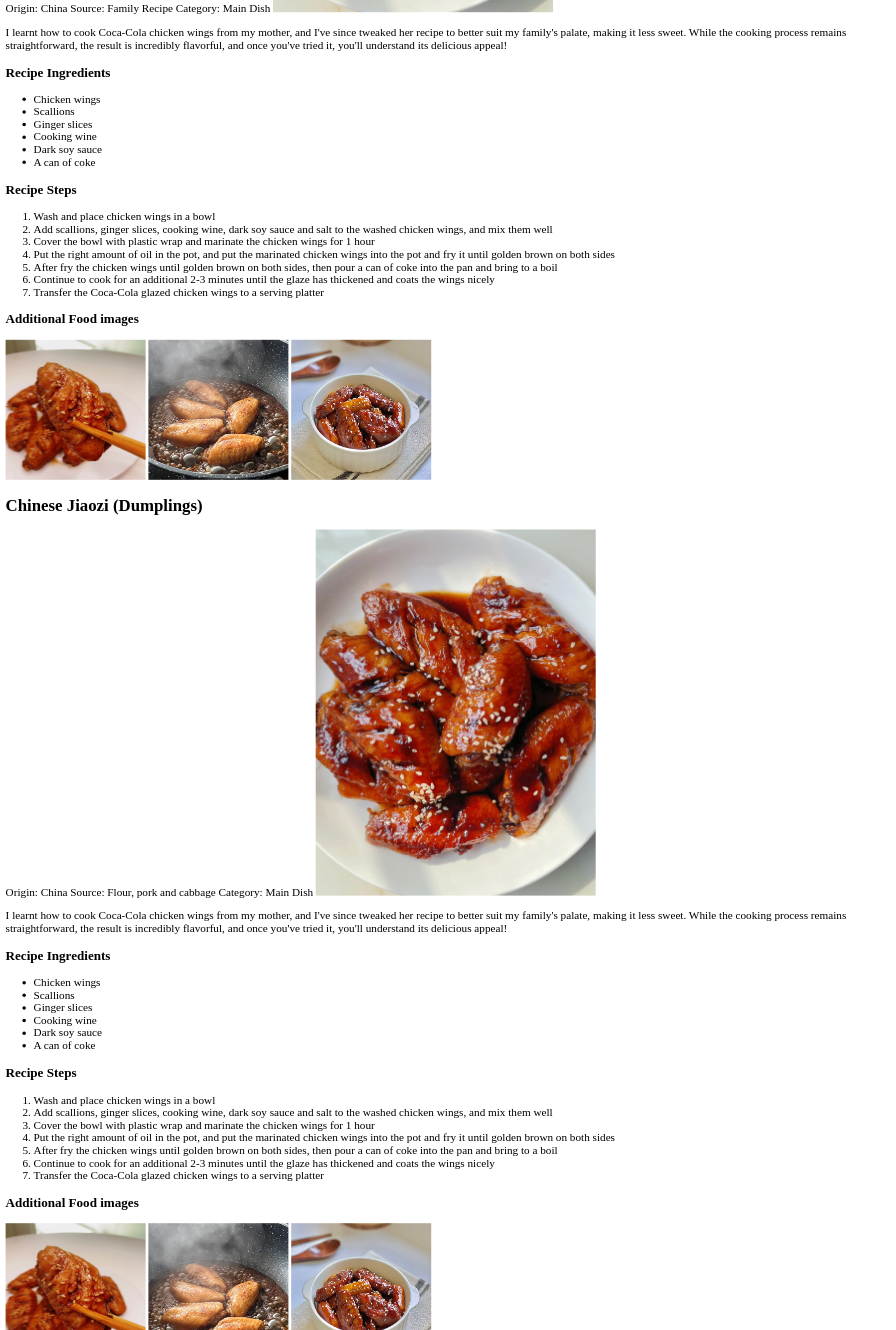
Repository: lulyany/starter_html
Page: recipes.html
The author's editor kept a copy of each file at every save. The page is drawn from the files as they stood at one save, then again after the next save.
The browser window is 1280 px wide. The pictures show the part of the page from y = 668 to 2568 px (the page is 3731 px tall before and 3679 px after), at 70% of full size.
A picture or video elsewhere on the page could not be fetched, so the positions and the page height are approximate.

Above is the page before, as saved 2023-09-16 00:51:46.

### recipes.html
<!DOCTYPE html>
<html lang="en">
<head>
    <meta charset="UTF-8">
    <meta name="viewport" content="width=device-width, initial-scale=1.0">
    <title>Recipes</title>
</head>
<body>
    <header>
        <a href="">Skip to Main Content</a>
        <nav>
            <ul>
                <li>
                    <a href="index.html">Pets</a>
                </li>
                <li>
                    <a href="travel.html">Travel</a>
                </li>
                <li>
                    <a href="recipes.html">Recipes</a>
                </li>
            </ul>
        </nav>
        </header>

    <main>
        <div>
            <h2>Coca-Cola Chicken Wings</h2>
            <span>Origin: China</span>
            <span>Source: Family Recipe</span>
            <span>Category: Main Dish</span>

            <img src="images/coca_cola_chicken_wings.jpg" width = "400" alt="Chicken wings.">
            <p>I learnt how to cook Coca-Cola chicken wings from my mother, and I've since tweaked her recipe to better suit my family's palate, making it less sweet. While the cooking process remains straightforward, the result is incredibly flavorful, and once you've tried it, you'll understand its delicious appeal!</p>
            <h3>Recipe Ingredients</h3>
            <ul>
                <li>Chicken wings</li>
                <li>Scallions</li>
                <li>Ginger slices</li>
                <li>Cooking wine</li>
                <li>Dark soy sauce</li>
                <li>A can of coke</li>
            </ul>

            <h3>Recipe Steps</h3>
            <ol>
                <li>Wash and place chicken wings in a bowl</li>
                <li>Add scallions, ginger slices, cooking wine, dark soy sauce and salt to the washed chicken wings, and mix them well</li>
                <li>Cover the bowl with plastic wrap and marinate the chicken wings for 1 hour</li>
                <li>Put the right amount of oil in the pot, and put the marinated chicken wings into the pot and fry it until golden brown on both sides</li>
                <li>After fry the chicken wings until golden brown on both sides, then pour a can of coke into the pan and bring to a boil</li>
                <li>Continue to cook for an additional 2-3 minutes until the glaze has thickened and coats the wings nicely</li>
                <li>Transfer the Coca-Cola glazed chicken wings to a serving platter</li>
            </ol>

            <h3>Additional Food images</h3>
            <img src="images/chicken_wings_chopsticks.jpg" width = "200" height="200" alt="A chicken wing picked up by chopsticks">
            <img src="images/boils_in_coke.jpg" width = "200" height="200" alt="Chicken wings boiled in coke">
            <img src="images/chicken-wings_and_rice_cake.jpg" width = "200" height="200" alt="Coca-cola chicken wings served with rice cake">

        </div>

        <div>
            <h2>Chinese Jiaozi (Dumplings)</h2>
            <span>Origin: China</span>
            <span>Source: Flour, pork and cabbage</span>
            <span>Category: Main Dish</span>

            <img src="images/coca_cola_chicken_wings.jpg" width = "400" alt="Some dumplings.">
            <p>I learnt how to cook Coca-Cola chicken wings from my mother, and I've since tweaked her recipe to better suit my family's palate, making it less sweet. While the cooking process remains straightforward, the result is incredibly flavorful, and once you've tried it, you'll understand its delicious appeal!</p>
            <h3>Recipe Ingredients</h3>
            <ul>
                <li>Chicken wings</li>
                <li>Scallions</li>
                <li>Ginger slices</li>
                <li>Cooking wine</li>
                <li>Dark soy sauce</li>
                <li>A can of coke</li>
            </ul>

            <h3>Recipe Steps</h3>
            <ol>
                <li>Wash and place chicken wings in a bowl</li>
                <li>Add scallions, ginger slices, cooking wine, dark soy sauce and salt to the washed chicken wings, and mix them well</li>
                <li>Cover the bowl with plastic wrap and marinate the chicken wings for 1 hour</li>
                <li>Put the right amount of oil in the pot, and put the marinated chicken wings into the pot and fry it until golden brown on both sides</li>
                <li>After fry the chicken wings until golden brown on both sides, then pour a can of coke into the pan and bring to a boil</li>
                <li>Continue to cook for an additional 2-3 minutes until the glaze has thickened and coats the wings nicely</li>
                <li>Transfer the Coca-Cola glazed chicken wings to a serving platter</li>
            </ol>

            <h3>Additional Food images</h3>
            <img src="images/chicken_wings_chopsticks.jpg" width = "200" height="200" alt="A chicken wing picked up by chopsticks">
            <img src="images/boils_in_coke.jpg" width = "200" height="200" alt="Chicken wings boiled in coke">
            <img src="images/chicken-wings_and_rice_cake.jpg" width = "200" height="200" alt="Coca-cola chicken wings served with rice cake">

        </div>

    <div>
        <h2>Double Chocolate Cookies</h2>
        <span>Origin: Michigan</span>
        <span>Source: Family Recipe</span>
        <span>Category: Dessert</span>

        <img src="images/double_chocolate_cookies.png" width = "400" alt="">
        <p>My daughter learned to make these cookies at a baking camp at Zingermanns and has tweaked the recipe to fit the taste buds of her siblings.  They are extremely sugary so the salt helps to balance it.  Note, these cookies are best eaten very quickly.</p>
        <h3>Recipe Ingredients</h3>
        <ul>
            <li>Unsalted butter</li>
            <li>Granulated Sugar</li>
            <li>Packed light or dark brown sugar</li>
            <li>Large egg</li>
            <li>Pure vanilla extract</li>
            <li>Semi-sweet chocolate chunks (melted)</li>
            <li>All-purpose flour</li>
            <li>Natural unsweetened cocoa powder</li>
            <li>Baking soda</li>
            <li>Salt</li>
            <li>Semi-sweet chocolate chunks</li>
        </ul>

        <h3>Recipe Steps</h3>
        <ol>
            <li>In a mixing bowl cream together the butter, granulated sugar, and brown sugar</li>
            <li>Add the egg and vanilla extract and beat well</li>
            <li>Add the melted chocolate</li>
            <li>In a separate bowl combine the flour, baking soda, cocoa powder and salt</li>
            <li>Combine the wet and dry ingredients</li>
            <li>Add the unmelted chocolate chunks.</li>
            <li>Form 15 cookies and place on a baking sheet.</li>
            <li>Cook for 12 to 13 minutes at 350 degrees.</li>
        </ol>

        <h3>Additional Food images</h3>
        <img src="images/double_chocolate_chips.png" width = "200" alt="A small pile of chocolate chips">
        <img src="https://images.immediate.co.uk/production/volatile/sites/30/2020/08/chocolate-d9ba778.jpg?quality=90&webp=true&resize=600,545" width = "200" alt="Chocolate melting in a boiler">
        <img src="https://upload.wikimedia.org/wikipedia/commons/8/82/Brown_sugar_examples.JPG" width = "200" alt="Brown sugar in three different shades of darkness">

    </div>
    </main>
</body>
</html>

After the next save:
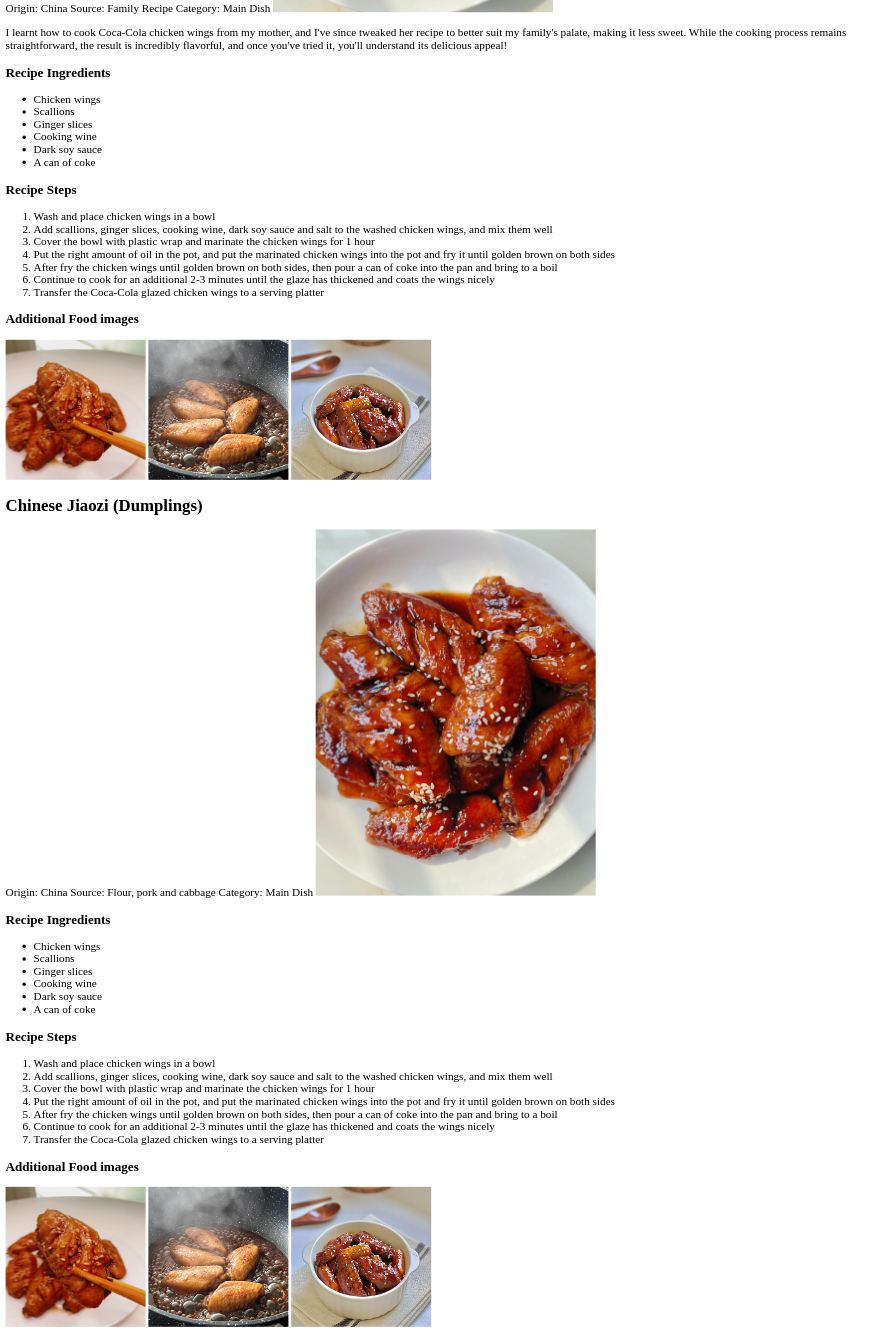
Saved 12 s later.
--- a/recipes.html
+++ b/recipes.html
@@ -67,7 +67,7 @@
             <span>Category: Main Dish</span>
 
             <img src="images/coca_cola_chicken_wings.jpg" width = "400" alt="Some dumplings.">
-            <p>I learnt how to cook Coca-Cola chicken wings from my mother, and I've since tweaked her recipe to better suit my family's palate, making it less sweet. While the cooking process remains straightforward, the result is incredibly flavorful, and once you've tried it, you'll understand its delicious appeal!</p>
+            <p></p>
             <h3>Recipe Ingredients</h3>
             <ul>
                 <li>Chicken wings</li>
